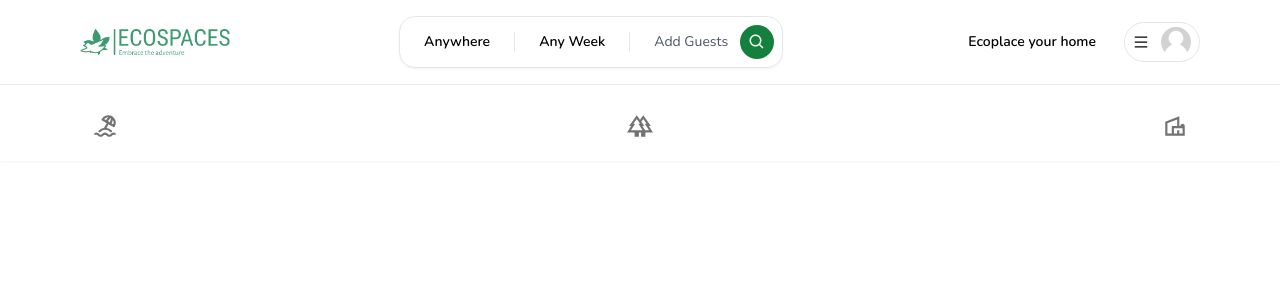
Repository: LubegaH/Ecospaces
Page: /
An editor plug-in stored every save of this project. The page is shown before and after the next save, followed by the edit.
The browser window is 1280 px wide. The pictures show the whole page.
The page's requests for data from a server got no answer. The project was rebuilt for these pictures with package versions that can differ from the ones it lists, and the page was loaded fresh each time. The framework's server and built-in components were replaced by stand-ins that run in the browser. No one was signed in, and anything a server would have sent is missing. Also part of the build but not shown: next.config.js, app/components/nabar/MenuItem.tsx, app/components/Button.tsx, app/components/modals/Modal.tsx, app/components/Heading.tsx, app/components/input/Input.tsx.

Above is the page before, as saved 2023-08-08 23:12:53.

After the next save:
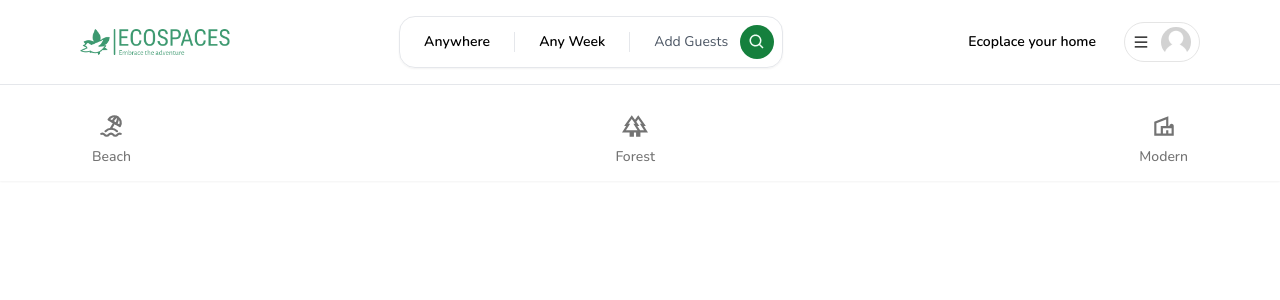
Saved 9 s later.
--- a/app/components/CategoryBox.tsx
+++ b/app/components/CategoryBox.tsx
@@ -18,7 +18,7 @@ const CategoryBox: React.FC<CategoryBoxProps> = ({
       } ${selected ? 'text-neutral-800' : 'text-neutral-500'}`}
     >
       <Icon size={26} />
-      <div className='font-medium text-sm'></div>
+      <div className='font-medium text-sm'>{label}</div>
     </div>
   );
 };
